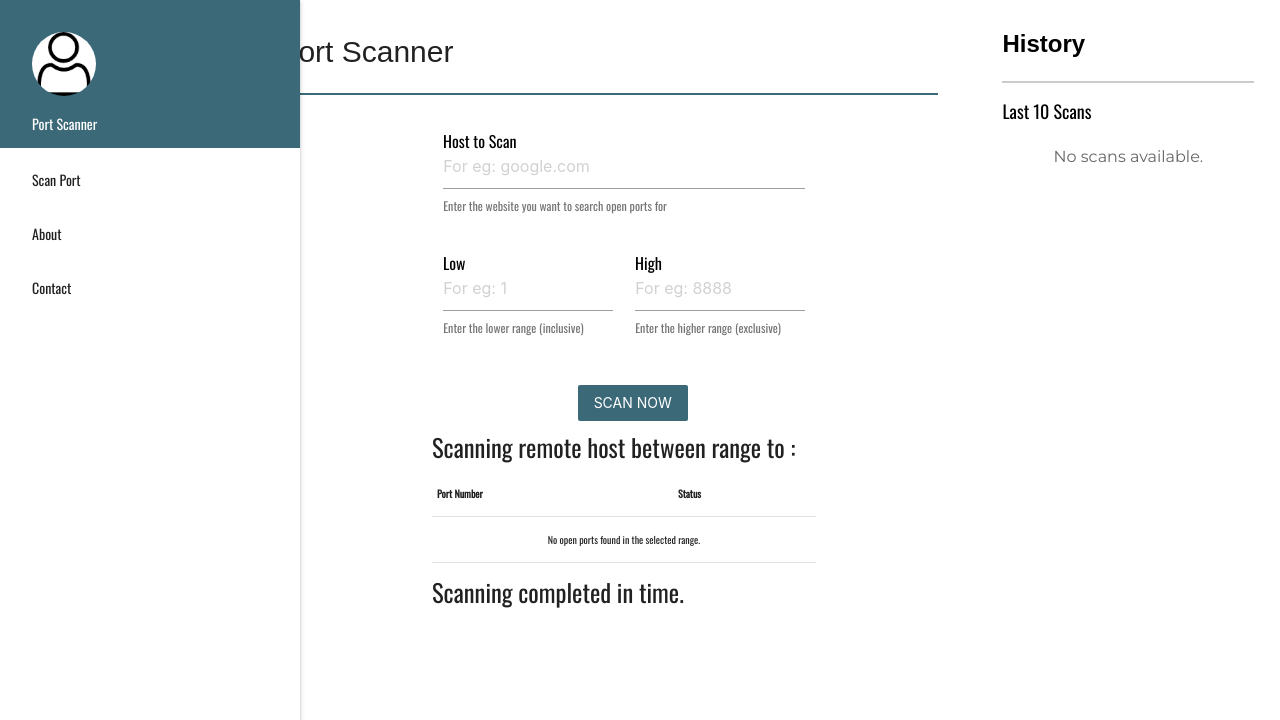
Repository: dikshant-s/PortScanner
Page: src/templates/index.html
The author's editor kept a copy of each file at every save. The page is drawn from the files as they stood at one save, then again after the next save.
The browser window is 1280 px wide. The pictures show the whole page.
Some web fonts or font styles are not loaded; a fallback is used. The page is served by the project's application, run on Flask 3 (src/test.py). The template is opened directly, without the code that normally fills it, so the values that code supplies are empty.

Above is the page before, as saved 2025-06-23 19:55:02.

After the next save:
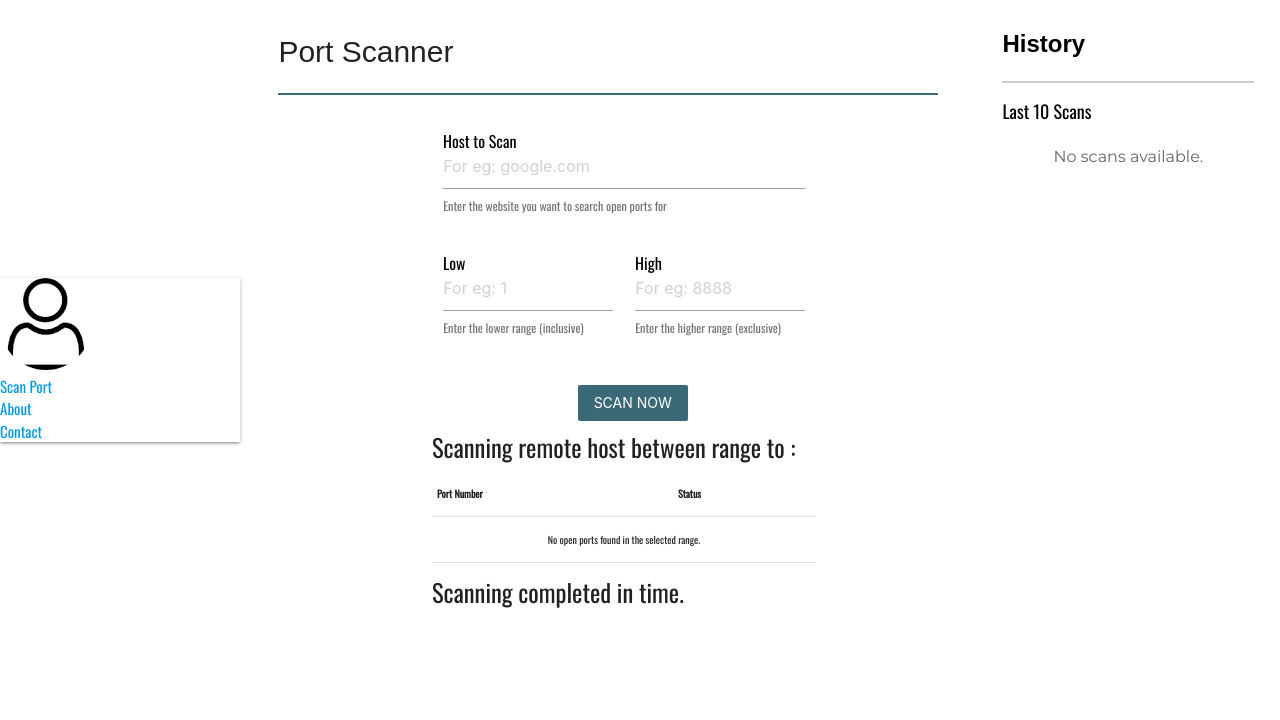
Console error: TypeError: Cannot read properties of null (reading 'parentElement')
Saved 2 min 37 s later.
--- a/src/templates/index.html
+++ b/src/templates/index.html
@@ -29,7 +29,8 @@
 
   <body>
     <div id="navbar">
-      <ul class="sidenav sidenav-fixed">
+      <ul id="side-nav" class="custom-sidenav z-depth-1">
+
         <li>
           <div class="user-view">
             <div class="background" style="background-color: #3b6978"></div>
